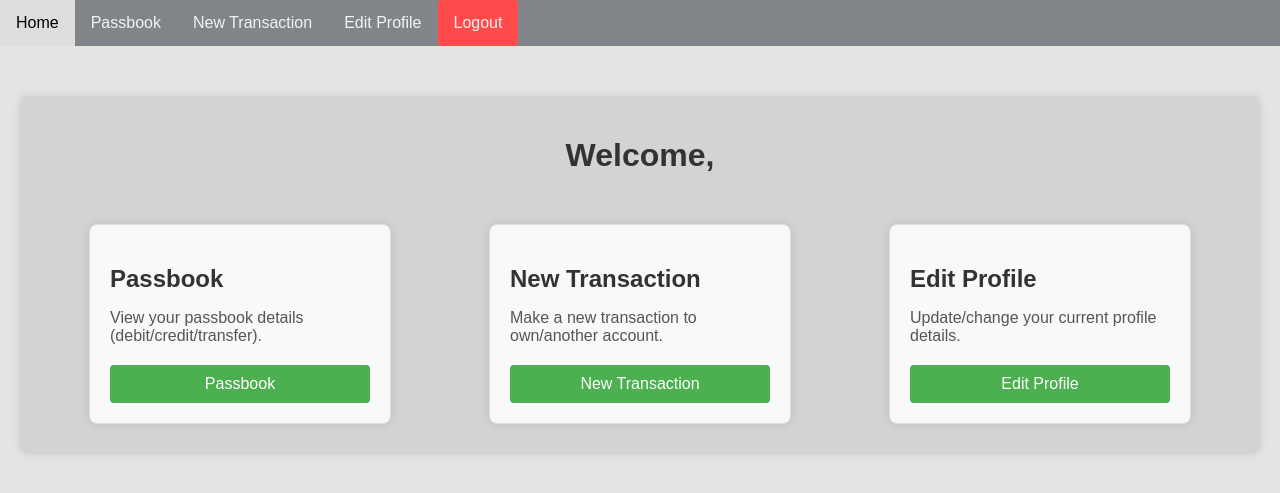
Repository: SuyashAwasthy/Javaee
Page: http://localhost/13-bank-application-mvc/customerHome.jsp
The author's editor kept a copy of each file at every save. The page is drawn from the files as they stood at one save, then again after the next save.
The browser window is 1280 px wide. The pictures show the whole page.
The pointer rests on the first visible `.card`.
The page is served by Tomcat 9. The template is opened directly, without the code that normally fills it, so the values that code supplies are empty.

Above is the page before, as saved 2024-07-22 16:06:41.

After the next save:
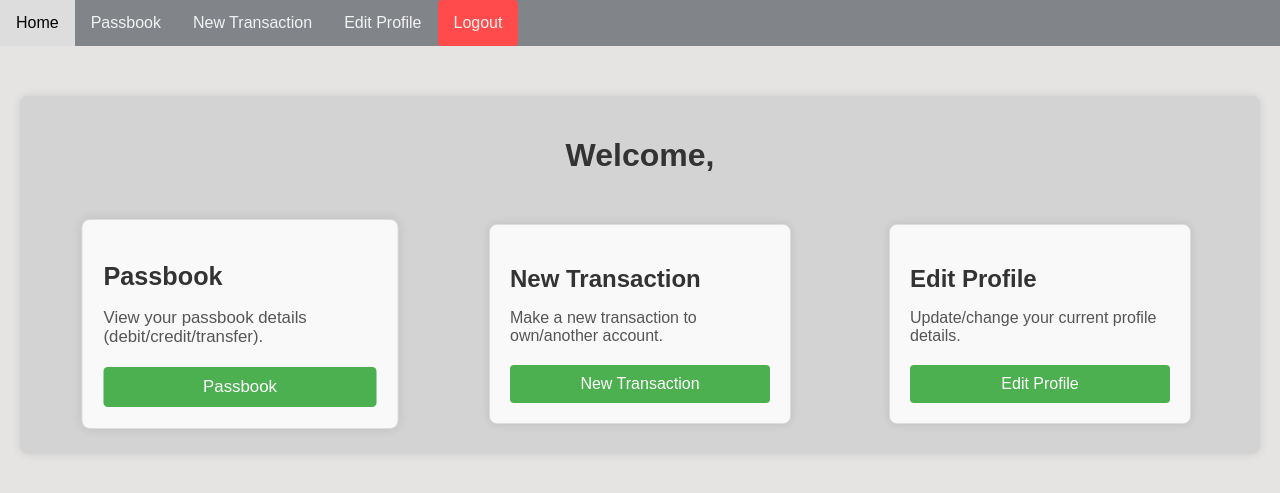
Saved 2 min 28 s later.
--- a/13-bank-application-mvc/WebContent/css/adminHome.css
+++ b/13-bank-application-mvc/WebContent/css/adminHome.css
@@ -63,6 +63,10 @@ h1 {
     color: #333;
 }
 
+.card:hover {
+    transform: scale(1.05);
+}
+
 .card p {
     font-size: 16px;
     margin-bottom: 20px;
